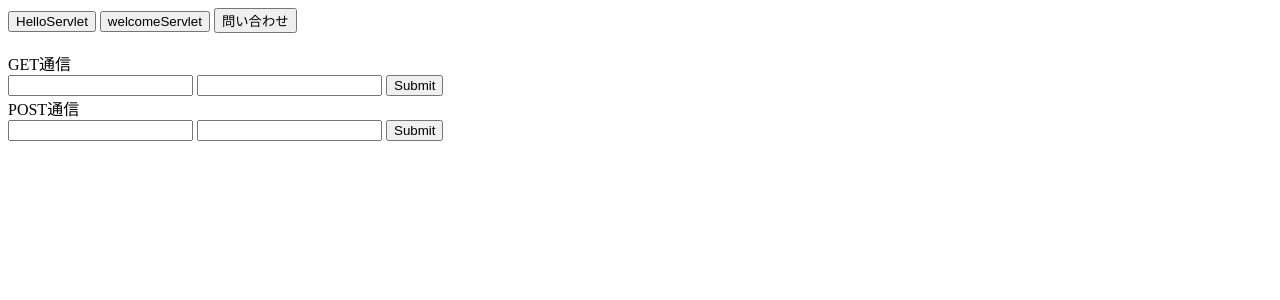
Repository: i-k-26/test
Page: http://localhost/HelloServlet/
An editor plug-in stored every save of this project. The page is shown before and after the next save, followed by the edit.
The browser window is 1280 px wide. The pictures show the whole page.
The page is served by Tomcat 9.

Above is the page before, as saved 2019-08-26 04:00:28.

After the next save:
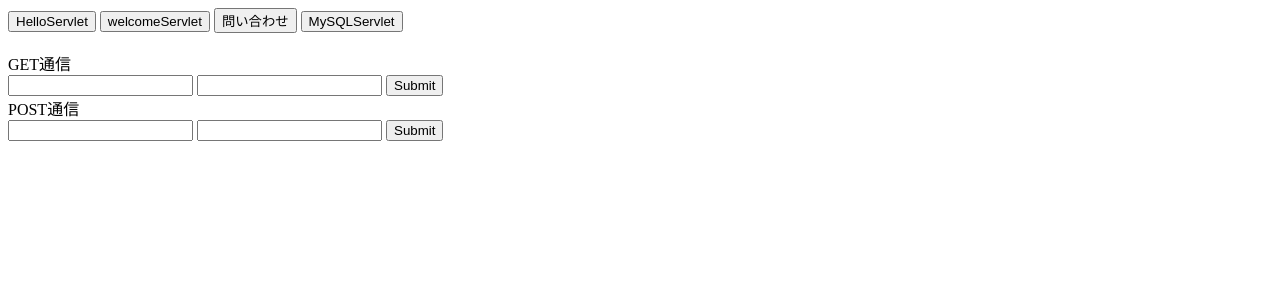
Saved 9 min 11 s later.
--- a/HelloServlet/WebContent/index.jsp
+++ b/HelloServlet/WebContent/index.jsp
@@ -17,6 +17,9 @@
 	<input type="button" value="問い合わせ"
 		onClick="location.href='inquiry.jsp'">
 
+	<input type="button" value="MySQLServlet"
+		onClick="location.href='MySQLServlet'">
+
 	<br>
 	<br>
 	GET通信
